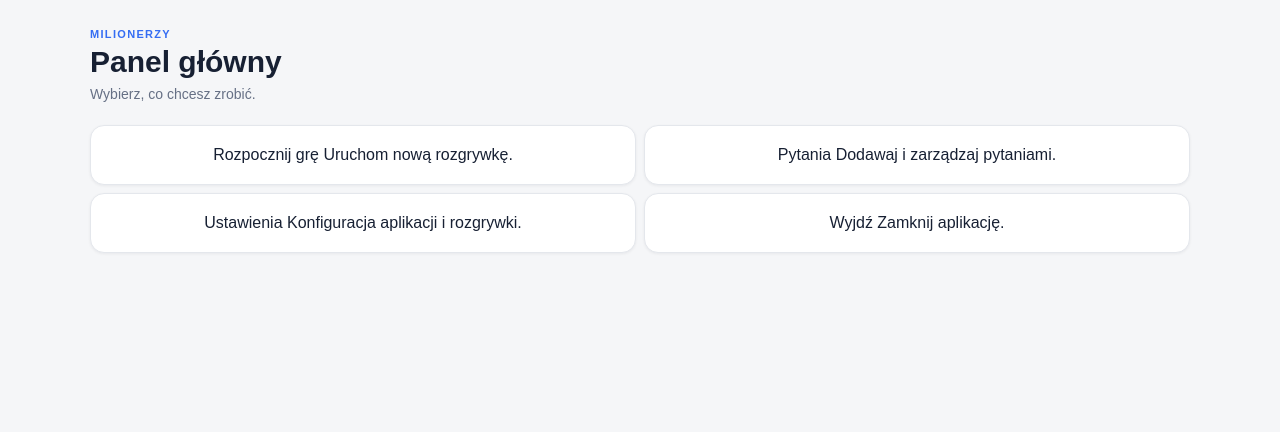
Repository: WaleonGames/HTGMilionerzy
Page: views/index.html
The author's editor kept a copy of each file at every save. The page is drawn from the files as they stood at one save, then again after the next save.
The browser window is 1280 px wide. The pictures show the whole page.

Above is the page before, as saved 2026-09-05 19:32:30.

### views/index.html
<!doctype html>
<html lang="pl">
<head>
  <meta charset="UTF-8">
  <meta name="viewport" content="width=device-width,initial-scale=1.0">

  <title>Milionerzy</title>

  <link rel="stylesheet" href="../public/css/style.css">
  <link rel="stylesheet" href="../public/css/design.css">
</head>
<body>
  <main class="page">
    <header class="page-header">
      <div class="page-header-main">
        <span class="eyebrow">
          MILIONERZY
        </span>

        <h1 class="page-title">
          Panel główny
        </h1>

        <p class="page-description">
          Wybierz, co chcesz zrobić.
        </p>
      </div>
    </header>

    <section class="grid grid-2">
      <button
        id="startGameButton"
        class="card action-card action-card-primary"
        type="button"
      >
        <span class="action-card-title">
          Rozpocznij grę
        </span>

        <span class="action-card-description">
          Uruchom nową rozgrywkę.
        </span>
      </button>

      <button
        id="questionsButton"
        class="card action-card"
        type="button"
      >
        <span class="action-card-title">
          Pytania
        </span>

        <span class="action-card-description">
          Dodawaj i zarządzaj pytaniami.
        </span>
      </button>

      <button
        id="settingsButton"
        class="card action-card"
        type="button"
      >
        <span class="action-card-title">
          Ustawienia
        </span>

        <span class="action-card-description">
          Konfiguracja aplikacji i rozgrywki.
        </span>
      </button>

      <button
        id="exitButton"
        class="card action-card action-card-danger"
        type="button"
      >
        <span class="action-card-title">
          Wyjdź
        </span>

        <span class="action-card-description">
          Zamknij aplikację.
        </span>
      </button>
    </section>
  </main>

  <script src="../public/js/design.js"></script>
  <script src="../public/js/main.js"></script>
</body>
</html>

### public/css/style.css
*{
  box-sizing:border-box;
  margin:0;
  padding:0;
}

html,
body{
  width:100%;
  min-height:100%;
}

body{
  min-height:100vh;
  font-family:Arial,sans-serif;
}

button,
input,
select,
textarea{
  font:inherit;
}

button{
  cursor:pointer;
}

[hidden]{
  display:none !important;
}

/* =========================
   APP
========================= */

.app{
  min-height:100vh;
}

/* =========================
   PAGE
========================= */

.page{
  width:min(1100px,calc(100% - 32px));
  margin:0 auto;
  padding:28px 0;
}

.page-header{
  display:flex;
  align-items:center;
  justify-content:space-between;
  gap:20px;
  margin-bottom:20px;
}

.page-header-main{
  min-width:0;
}

.page-title{
  margin:4px 0;
  font-size:30px;
  line-height:1.2;
}

.page-description{
  font-size:14px;
  line-height:1.5;
}

.eyebrow{
  display:block;
  font-size:11px;
  font-weight:800;
  letter-spacing:.12em;
}

.text-muted{
  font-size:13px;
}

/* =========================
   TOPBAR
========================= */

.topbar{
  display:flex;
  align-items:center;
  justify-content:space-between;
  gap:20px;
  min-height:72px;
  padding:14px 24px;
}

.topbar-left{
  display:flex;
  align-items:center;
  gap:14px;
  min-width:0;
}

.topbar-left>div{
  min-width:0;
}

.topbar-left h1{
  margin:0;
  font-size:24px;
  line-height:1.2;
}

.topbar-left p{
  margin-top:4px;
  font-size:13px;
}

.topbar-actions{
  display:flex;
  align-items:center;
  gap:9px;
}

/* =========================
   APP LAYOUT
========================= */

.app-layout{
  display:grid;
  grid-template-columns:240px minmax(0,1fr);
  min-height:calc(100vh - 82px);
}

/* =========================
   SIDEBAR
========================= */

.sidebar{
  display:flex;
  flex-direction:column;
  padding:18px 14px;
  border-right:1px solid;
}

/* =========================
   NAVIGATION
========================= */

.nav{
  display:flex;
  flex-direction:column;
  gap:6px;
}

.nav-item{
  display:flex;
  align-items:center;
  width:100%;
  min-height:44px;
  padding:0 13px;
  border:0;
  border-radius:9px;
  font-size:14px;
  font-weight:700;
  text-align:left;
}

/* =========================
   CONTENT
========================= */

.content{
  width:100%;
  min-width:0;
  max-width:1050px;
  padding:28px 30px 50px;
}

/* =========================
   SECTION
========================= */

.section-header{
  margin-bottom:18px;
}

.section-header h2{
  font-size:27px;
  line-height:1.2;
}

.section-header p{
  margin-top:5px;
  font-size:14px;
  line-height:1.5;
}

/* =========================
   TAB
========================= */

.tab-panel{
  display:none;
}

.tab-panel.active{
  display:block;
}

/* =========================
   PANEL
========================= */

.panel{
  padding:20px;
  border:1px solid;
  border-radius:14px;
}

.panel-header{
  display:flex;
  align-items:center;
  justify-content:space-between;
  gap:16px;
  margin-bottom:16px;
}

.panel-header h2{
  margin-bottom:3px;
  font-size:20px;
}

.panel-header span{
  font-size:13px;
}

/* =========================
   CARD
========================= */

.card{
  padding:20px;
  border:1px solid;
  border-radius:14px;
}

/* =========================
   BUTTON
========================= */

.button{
  display:inline-flex;
  align-items:center;
  justify-content:center;
  min-height:40px;
  padding:0 14px;
  border:1px solid;
  border-radius:9px;
  font-size:14px;
  font-weight:700;
  text-decoration:none;
}

.button:active{
  transform:scale(.98);
}

.button-icon{
  width:40px;
  height:40px;
  flex:0 0 40px;
  padding:0;
  font-size:20px;
}

/* =========================
   LIST
========================= */

.list{
  display:flex;
  flex-direction:column;
  gap:10px;
}

.list-item{
  padding:14px;
  border:1px solid;
  border-radius:10px;
}

.list-item-header{
  display:flex;
  align-items:flex-start;
  justify-content:space-between;
  gap:16px;
  margin-bottom:12px;
}

.list-item-header h3{
  flex:1;
  min-width:0;
  font-size:16px;
  line-height:1.4;
}

/* =========================
   GRID
========================= */

.grid{
  display:grid;
  gap:8px;
}

.grid-2{
  grid-template-columns:repeat(2,minmax(0,1fr));
}

.grid-3{
  grid-template-columns:repeat(3,minmax(0,1fr));
}

.grid-4{
  grid-template-columns:repeat(4,minmax(0,1fr));
}

/* =========================
   ANSWER
========================= */

.answer{
  padding:9px 11px;
  border:1px solid transparent;
  border-radius:8px;
  font-size:14px;
  line-height:1.35;
}

.answer strong{
  margin-right:4px;
}

/* =========================
   FORM
========================= */

.form{
  display:flex;
  flex-direction:column;
  gap:18px;
}

.form-field{
  display:flex;
  flex-direction:column;
  gap:7px;
}

.form-field label{
  display:flex;
  align-items:center;
  justify-content:space-between;
  gap:10px;
  font-size:14px;
  font-weight:700;
}

input,
select,
textarea{
  width:100%;
  min-height:40px;
  padding:8px 10px;
  border:1px solid;
  border-radius:8px;
}

textarea{
  min-height:90px;
  resize:vertical;
}

.form-grid{
  display:grid;
  grid-template-columns:repeat(2,minmax(0,1fr));
  gap:10px;
}

.form-actions{
  display:flex;
  align-items:center;
  justify-content:flex-end;
  gap:9px;
}

/* =========================
   INPUT GROUP
========================= */

.input-group{
  display:flex;
  align-items:center;
  overflow:hidden;
  min-height:40px;
  border:1px solid;
  border-radius:8px;
}

.input-group-label{
  display:flex;
  align-items:center;
  justify-content:center;
  align-self:stretch;
  width:40px;
  flex:0 0 40px;
  font-size:13px;
  font-weight:700;
}

.input-group input{
  min-height:40px;
  border:0;
  border-radius:0;
}

/* =========================
   SETTING ROW
========================= */

.setting-row{
  display:flex;
  align-items:center;
  justify-content:space-between;
  gap:20px;
  padding:14px;
  border:1px solid;
  border-radius:10px;
  cursor:pointer;
}

.setting-row>div{
  display:flex;
  flex-direction:column;
  gap:4px;
  min-width:0;
}

.setting-row strong{
  font-size:14px;
  line-height:1.35;
}

.setting-row span{
  font-size:13px;
  line-height:1.4;
}

/* =========================
   SWITCH
========================= */

.setting-row input[type="checkbox"]{
  position:relative;
  appearance:none;
  width:44px;
  min-width:44px;
  height:24px;
  min-height:24px;
  padding:0;
  border:0;
  border-radius:999px;
  cursor:pointer;
}

.setting-row input[type="checkbox"]::after{
  content:"";
  position:absolute;
  top:3px;
  left:3px;
  width:18px;
  height:18px;
  border-radius:50%;
  transition:transform .18s ease;
}

.setting-row input[type="checkbox"]:checked::after{
  transform:translateX(20px);
}

/* =========================
   RANGE
========================= */

input[type="range"]{
  height:6px;
  min-height:6px;
  padding:0;
  appearance:none;
  border:0;
  border-radius:999px;
}

input[type="range"]::-webkit-slider-thumb{
  appearance:none;
  width:18px;
  height:18px;
  border-radius:50%;
  cursor:pointer;
}

input[type="range"]::-moz-range-thumb{
  width:18px;
  height:18px;
  border:0;
  border-radius:50%;
  cursor:pointer;
}

/* =========================
   COLOR
========================= */

input[type="color"]{
  width:80px;
  height:40px;
  padding:4px;
  cursor:pointer;
}

/* =========================
   PRIZE LIST
========================= */

.prize-list{
  display:flex;
  flex-direction:column;
  gap:9px;
}

.prize-item{
  display:grid;
  grid-template-columns:100px minmax(0,1fr) 180px;
  align-items:center;
  gap:10px;
  padding:10px 12px;
  border:1px solid;
  border-radius:9px;
}

.prize-number{
  font-size:14px;
  font-weight:700;
}

/* =========================
   EMPTY
========================= */

.empty{
  padding:28px 16px;
  border:1px dashed;
  border-radius:10px;
  text-align:center;
  font-size:14px;
}

/* =========================
   MODAL
========================= */

.modal-backdrop{
  position:fixed;
  inset:0;
  z-index:1000;
  display:flex;
  align-items:center;
  justify-content:center;
  padding:16px;
}

.modal-backdrop[hidden]{
  display:none;
}

.modal{
  width:min(580px,100%);
  max-height:calc(100vh - 32px);
  overflow:auto;
  padding:18px;
  border:1px solid;
  border-radius:13px;
}

.modal-header{
  display:flex;
  align-items:flex-start;
  justify-content:space-between;
  gap:16px;
  margin-bottom:18px;
}

.modal-header h2{
  margin-top:3px;
  font-size:22px;
}

.modal-actions{
  display:flex;
  align-items:center;
  justify-content:flex-end;
  gap:9px;
  margin-top:18px;
}

/* =========================
   MAIN MENU
========================= */

.main-menu{
  width:min(980px,calc(100% - 32px));
  margin:0 auto;
  padding:40px 0;
}

.menu-header{
  margin-bottom:24px;
}

.menu-header h1{
  margin:5px 0;
  font-size:34px;
}

.menu-header p{
  font-size:14px;
}

.menu-grid{
  display:grid;
  grid-template-columns:repeat(2,minmax(0,1fr));
  gap:14px;
}

.menu-card{
  display:flex;
  flex-direction:column;
  align-items:flex-start;
  justify-content:center;
  min-height:130px;
  padding:20px;
  border:1px solid;
  border-radius:14px;
  text-align:left;
}

.menu-card-title{
  font-size:18px;
  font-weight:800;
}

.menu-card-description{
  margin-top:7px;
  font-size:13px;
  line-height:1.45;
}

/* =========================
   STATUS
========================= */

.status-message{
  position:fixed;
  right:24px;
  bottom:24px;
  z-index:1100;
  padding:12px 16px;
  border-radius:9px;
  font-size:14px;
  font-weight:700;
}

/* =========================
   SETTING INLINE
========================= */

.setting-inline{
  display:flex;
  align-items:center;
  gap:8px;
  font-size:13px;
  font-weight:700;
  cursor:pointer;
}

.setting-inline input[type="checkbox"]{
  width:17px;
  min-width:17px;
  height:17px;
  min-height:17px;
  padding:0;
  flex:0 0 17px;
}

/* =========================
   PRIZE INPUT
========================= */

.prize-item input[type="number"]{
  width:100%;
  min-width:0;
}

/* =========================
   FORM FIELD HELPERS
========================= */

.form-field>label>span{
  margin-left:auto;
  font-size:13px;
  font-weight:600;
}

/* =========================
   SELECT
========================= */

select{
  cursor:pointer;
}

/* =========================
   STATUS
========================= */

.status-message[hidden]{
  display:none;
}

/* =========================
   RESPONSIVE
========================= */

@media(max-width:800px){
  .page{
    width:calc(100% - 20px);
    padding:20px 0;
  }

  .page-header,
  .panel-header{
    align-items:flex-start;
    flex-direction:column;
  }

  .topbar{
    align-items:flex-start;
    flex-direction:column;
  }

  .topbar-actions{
    width:100%;
  }

  .topbar-actions .button{
    flex:1;
  }

  .app-layout{
    grid-template-columns:1fr;
  }

  .sidebar{
    overflow-x:auto;
    border-right:0;
    border-bottom:1px solid;
  }

  .nav{
    flex-direction:row;
  }

  .nav-item{
    flex:0 0 auto;
    width:auto;
    white-space:nowrap;
  }

  .content{
    max-width:none;
    padding:20px 16px 40px;
  }

  .menu-grid{
    grid-template-columns:1fr;
  }

  .grid-2,
  .grid-3,
  .grid-4,
  .form-grid{
    grid-template-columns:1fr;
  }

  .prize-item{
    grid-template-columns:1fr;
  }

  .modal-actions,
  .form-actions{
    flex-direction:column-reverse;
  }

  .modal-actions .button,
  .form-actions .button{
    width:100%;
  }
}

Loaded but not shown: public/js/design.js (52 lines, source omitted); public/js/main.js (20 lines, source omitted); public/css/design.css (983 lines, source omitted)

After the next save:
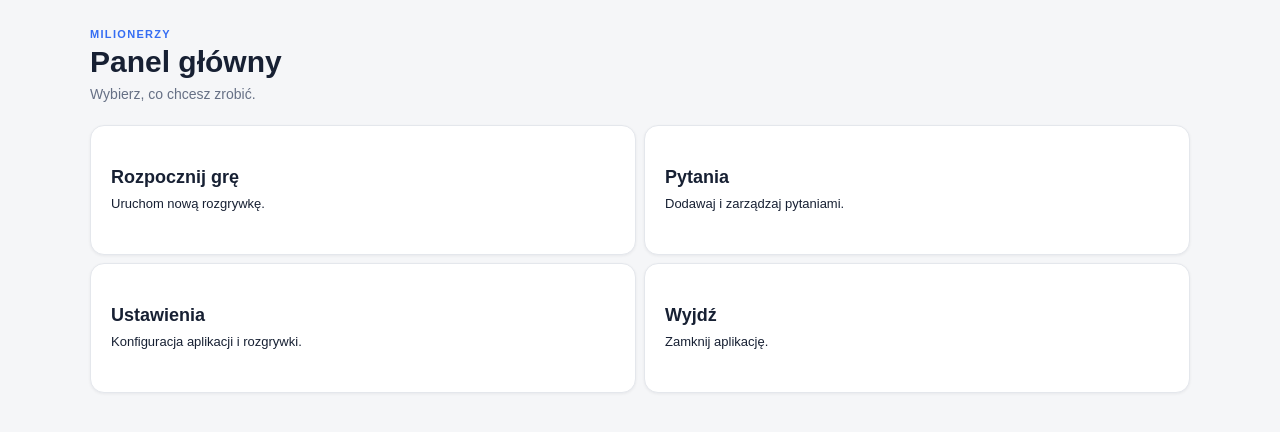
Saved 27 s later.
--- a/public/css/style.css
+++ b/public/css/style.css
@@ -244,6 +244,38 @@ button{
   padding:20px;
   border:1px solid;
   border-radius:14px;
+}
+
+/* =========================
+   ACTION CARD
+========================= */
+
+.action-card{
+  display:flex;
+  flex-direction:column;
+  align-items:flex-start;
+  justify-content:center;
+
+  width:100%;
+  min-height:130px;
+
+  padding:20px;
+
+  text-align:left;
+
+  cursor:pointer;
+}
+
+.action-card-title{
+  font-size:18px;
+  font-weight:800;
+}
+
+.action-card-description{
+  margin-top:7px;
+
+  font-size:13px;
+  line-height:1.45;
 }
 
 /* =========================
